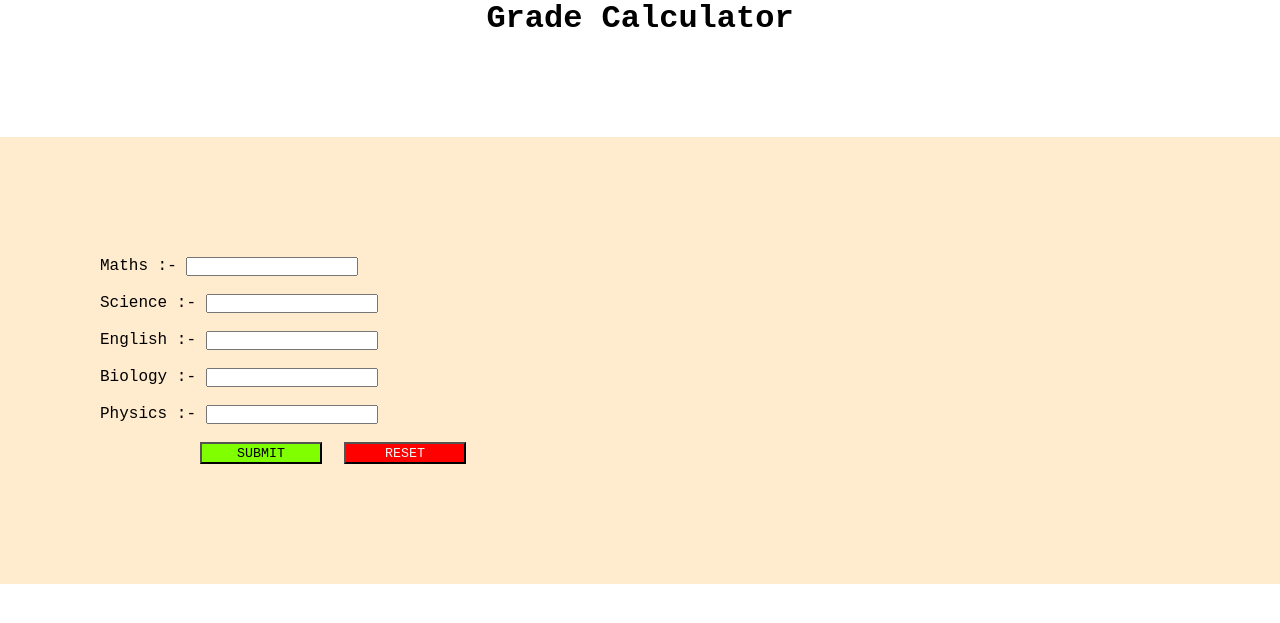
Repository: neelpatel6262/task-manager
Page: index.html
These files come from the project's save history. The page is drawn as it stood at one moment and after the next save; the edit follows.
The browser window is 1280 px wide. The pictures show the whole page.
Some web fonts or font styles are not loaded; a fallback is used.

Above is the page before, as saved 2025-07-18 11:43:37.

### index.html
<!DOCTYPE html>
<html lang="en">

<head>
  <meta charset="UTF-8">
  <meta name="viewport" content="width=device-width, initial-scale=1.0">
  <title>Javascript</title>
  <link rel="stylesheet" href="style.css">
  <script src="script.js"></script>
  <link rel="stylesheet" href="https://unicons.iconscout.com/release/v4.0.8/css/line.css">
  <link rel="preconnect" href="https://fonts.googleapis.com">
  <link rel="preconnect" href="https://fonts.gstatic.com" crossorigin>
  <link
    href="https://fonts.googleapis.com/css2?family=Asap:ital,wght@0,100..900;1,100..900&family=BioRhyme:wght@200..800&family=Bricolage+Grotesque:opsz,wght@12..96,200..800&family=DM+Sans:ital,opsz,wght@0,9..40,100..1000;1,9..40,100..1000&family=Inter:ital,opsz,wght@0,14..32,100..900;1,14..32,100..900&family=Italiana&family=Lora:ital,wght@0,400..700;1,400..700&family=Merriweather:ital,wght@0,300;0,400;0,700;0,900;1,300;1,400;1,700;1,900&family=Montserrat:ital,wght@0,100..900;1,100..900&family=Noto+Sans+Indic+Siyaq+Numbers&family=Noto+Sans+Old+Italic&family=Nunito:ital,wght@0,200..1000;1,200..1000&family=Pathway+Extreme:ital,opsz,wght@0,8..144,100..900;1,8..144,100..900&family=Poppins:ital,wght@0,100;0,200;0,300;0,400;0,500;0,600;0,700;0,800;0,900;1,100;1,200;1,300;1,400;1,500;1,600;1,700;1,800;1,900&family=Raleway:ital,wght@0,100..900;1,100..900&family=Space+Grotesk:wght@300..700&family=Spectral:ital,wght@0,200;0,300;0,400;0,500;0,600;0,700;0,800;1,200;1,300;1,400;1,500;1,600;1,700;1,800&family=Unbounded:wght@200..900&family=Work+Sans:ital,wght@0,100..900;1,100..900&family=Zilla+Slab:ital,wght@0,300;0,400;0,500;0,600;0,700;1,300;1,400;1,500;1,600;1,700&display=swap"
    rel="stylesheet">

</head>

<body>

  <h1>Grade Calculator</h1>

  <form action="" method="get">
    <div class="form">
      <label for="">Maths :-</label>
      <input type="number" name="" id="" maxlength="100" required>
      <br>
      <br>
      <label for="">Science :-</label>
      <input type="number" name="" id="" maxlength="100" required>
      <br>
      <br>
      <label for="">English :-</label>
      <input type="number" name="" id="" maxlength="100" required>
      <br>
      <br>
      <label for="">Biology :-</label>
      <input type="number" name="" id="" maxlength="100" required>
      <br>
      <br>
      <label for="">Physics :-</label>
      <input type="number" name="" id="" maxlength="100" required>
      <br>
      <br>

      <div class="cta">
        <button type="submit" class="primary">SUBMIT</button>
        <button type="reset" class="secondary">RESET</button>
      </div>

    </div>
  </form>

</body>

</html>

### style.css
*{
  margin: 0;
  padding: 0;
  box-sizing: border-box;
 font-family: "DM Mono", monospace;
 /* background-color:oklch(0.869 0.022 252.894); */
}

h1{
  align-items: center;
  text-align: center;
  margin-bottom: 100px;
}

.form{
  background-color: blanchedalmond;
  padding: 120px 100px;
}

.cta{
   background-color: blanchedalmond;
   display: flex;
   align-items: center;
}

.primary{
  background-color: chartreuse;
  width: 122px;
  height: 22px;
  margin-left: 100px;
margin-right: 22px;
}

.secondary{
  background-color: red;
    width: 122px;
  height: 22px;
  color: whitesmoke;

}

### script.js
// // Wait for the DOM to load
// window.addEventListener('DOMContentLoaded', function() {
//   const form = document.querySelector('form');
//   const inputs = form.querySelectorAll('input[type="number"]');

//   // Create a result display element
//   const resultDiv = document.createElement('div');
//   resultDiv.className = 'result';
//   form.appendChild(resultDiv);

//   form.addEventListener('submit', function(event) {
//     event.preventDefault(); // Prevent page reload

//     let total = 0;
//     let count = 0;
//     let values = [];
//     inputs.forEach(input => {
//       const value = parseFloat(input.value);
//       if (!isNaN(value)) {
//         total += value;
//         count++;
//         values.push(value);
//       }
//     });

//     if (count === 0) {
//       resultDiv.textContent = 'Please enter at least one grade.';
//       return;
//     }

//     const average = total / count;
//     let grade = '';
//     if (average >= 90) grade = 'A';
//     else if (average >= 80) grade = 'B';
//     else if (average >= 70) grade = 'C';
//     else if (average >= 60) grade = 'D';
//     else grade = 'F';

//     resultDiv.innerHTML =
//       `<strong>Total:</strong> ${total}<br>` +
//       `<strong>Average:</strong> ${average.toFixed(2)}<br>` +
//       `<strong>Grade:</strong> ${grade}`;
//   });

//   form.addEventListener('reset', function() {
//     resultDiv.textContent = '';
//   });
// });

After the next save:
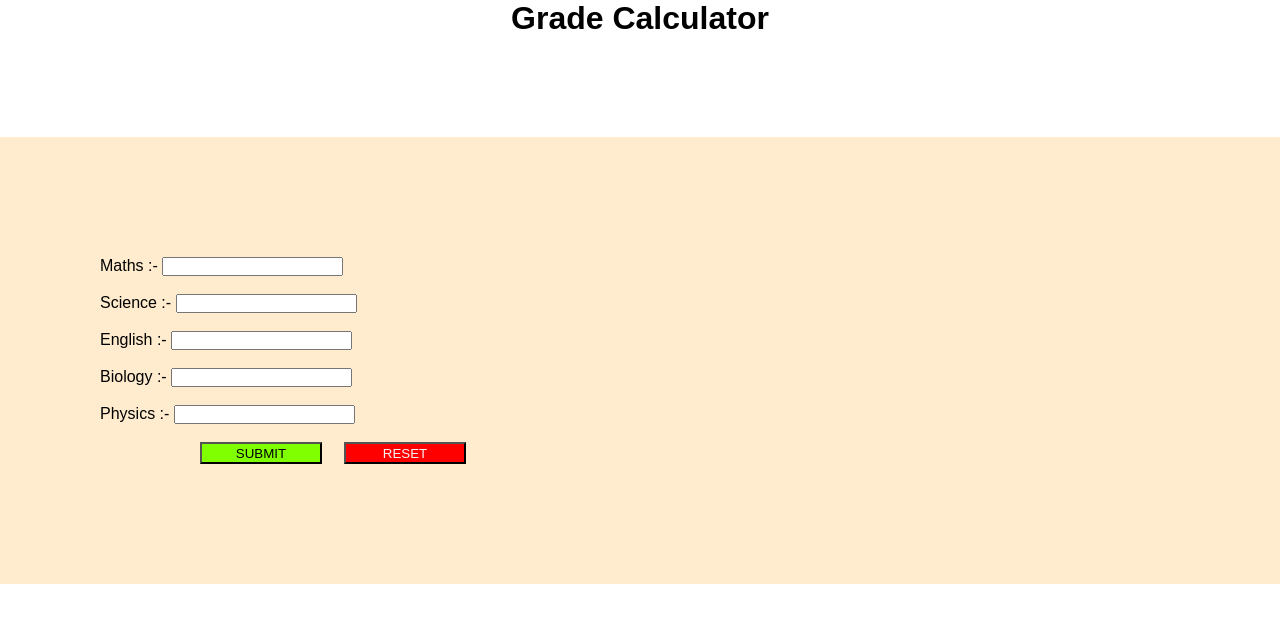
Saved 108 s later.
--- a/style.css
+++ b/style.css
@@ -2,7 +2,8 @@
   margin: 0;
   padding: 0;
   box-sizing: border-box;
- font-family: "DM Mono", monospace;
+ /* font-family: "DM Mono", monospace; */
+  font-family: "Bebas Neue", sans-serif;
  /* background-color:oklch(0.869 0.022 252.894); */
 }
 
